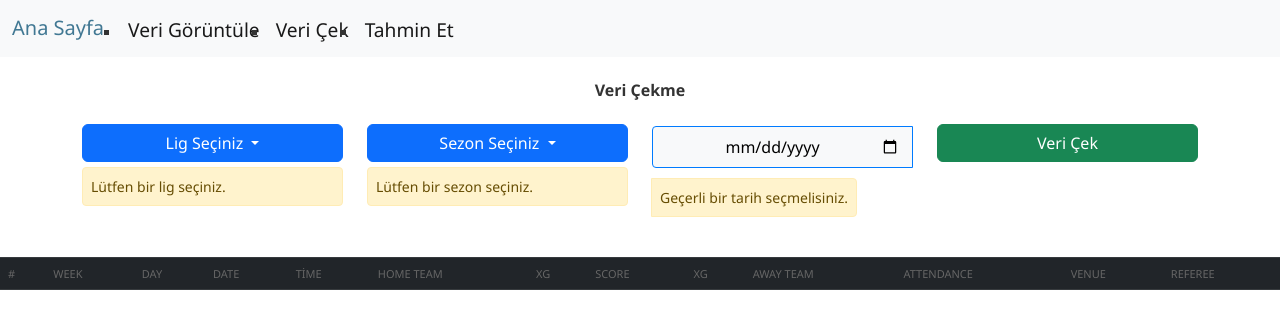
Repository: keremtanil/football_match_result_prediction
Page: http://localhost/live_collect_data/
An editor plug-in stored every save of this project. The page is shown before and after the next save, followed by the edit.
The browser window is 1280 px wide. The pictures show the whole page.
The page is served by the project's application, run on Django 3.2 (blogapp/manage.py).

Above is the page before, as saved 2025-01-06 16:18:34.

After the next save:
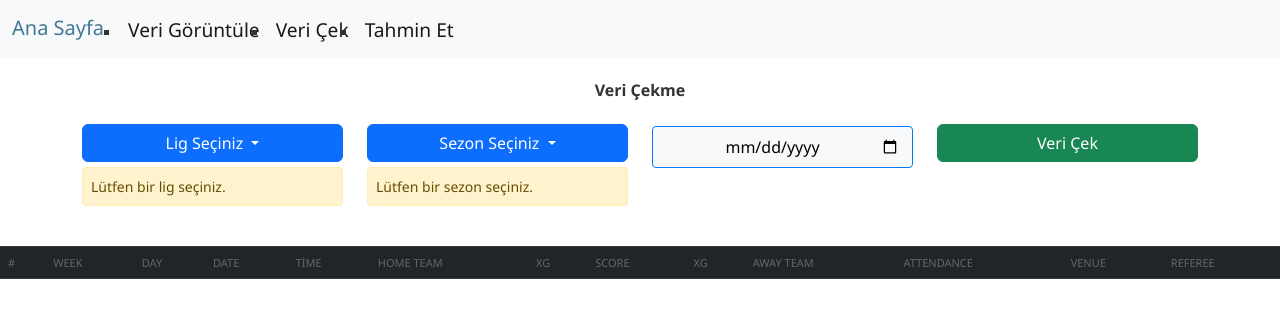
Saved 22 s later.
--- a/blogapp/blog/templates/blog/live_collect_data.html
+++ b/blogapp/blog/templates/blog/live_collect_data.html
@@ -73,11 +73,6 @@
             <div class="col-md-3 mb-3 mb-md-0">
                 <div class="input-group">
                     {{ form.match_date }} <!-- Formdaki takvim alanı -->
-                    {% if validation_errors.date %}
-                    <div class="alert alert-warning mt-2">
-                        <i class="fas fa-exclamation-triangle"></i> {{ validation_errors.date }}
-                    </div>
-                    {% endif %}
                 </div>
             </div>
 
